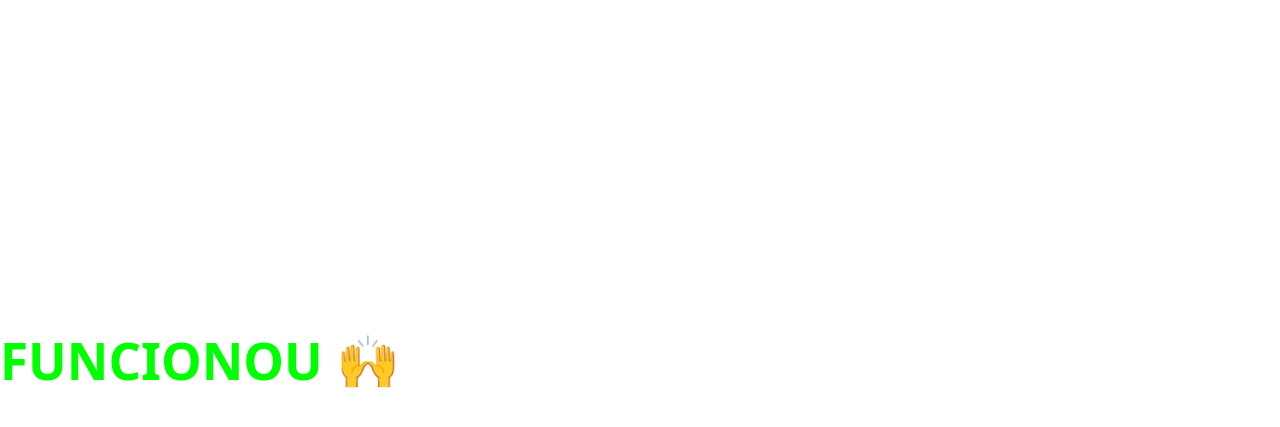
Repository: vitoralves82/Climatrix
Page: / (app in climada-demo/)
An editor plug-in stored every save of this project. The page is shown before and after the next save, followed by the edit.
The browser window is 1280 px wide. The pictures show the whole page.
The project was rebuilt for these pictures with package versions that can differ from the ones it lists, and the page was loaded fresh each time. Also part of the build but not shown: climada-demo/vite.config.js.

Above is the page before, as saved 2025-07-07 23:52:04.

After the next save:
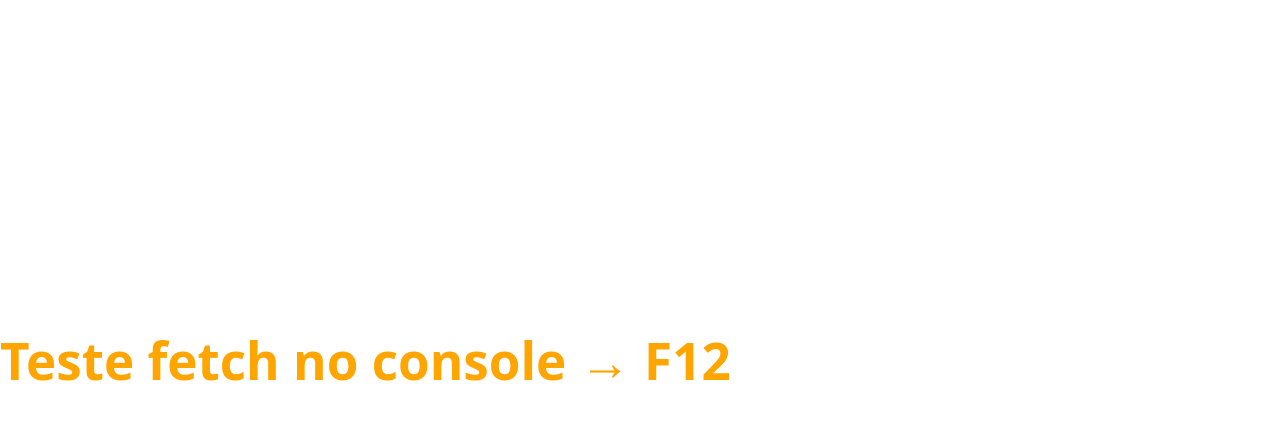
Saved 44 s later.
--- a/climada-demo/src/App.jsx
+++ b/climada-demo/src/App.jsx
@@ -1,3 +1,11 @@
 export default function App() {
-  return <h1 style={{color:'lime'}}>FUNCIONOU 🙌</h1>;
+  fetch('/impact.geojson')
+    .then(r => {
+      console.log('Status fetch:', r.status);   // deve ser 200
+      return r.text();
+    })
+    .then(txt => console.log('Primeiras linhas do GeoJSON:', txt.slice(0,120)))
+    .catch(err => console.error('Erro no fetch:', err));
+
+  return <h1 style={{color:'orange'}}>Teste fetch no console → F12</h1>;
 }
